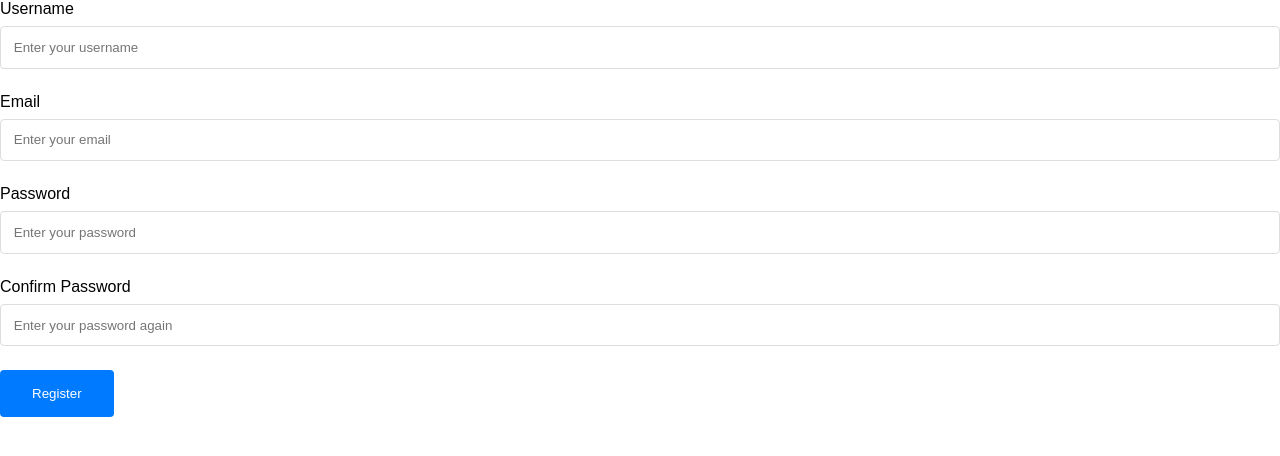
Repository: karicat996/-
Page: /Register
An editor plug-in stored every save of this project. The page is shown before and after the next save, followed by the edit.
The browser window is 1280 px wide. The pictures show the whole page.
The project was rebuilt for these pictures with package versions that can differ from the ones it lists, and the page was loaded fresh each time. Also part of the build but not shown: vite.config.ts, src/pages/Calendar/CalendarPage.tsx, src/pages/Calendar/WishCard.less, src/pages/Calendar/CardList.tsx, src/pages/Calendar/WishCard.tsx, src/pages/Home/HomePage.tsx, src/layouts/Layouts.tsx, src/pages/TestDemo/index.tsx and 2 more.

Above is the page before, as saved 2025-07-31 22:31:21.

### src/main.tsx
import { StrictMode } from 'react'
import { createRoot } from 'react-dom/client'
import './index.css'
import MainRouter from './routes/MainRouter'

createRoot(document.getElementById('root')!).render(

  <StrictMode>
    <MainRouter/>
  </StrictMode>,

)

### src/index.css
html,body{
  height:auto;
  margin: auto;
  padding: 0;
  overflow: hidden
}

### src/routes/MainRouter.tsx
// 主要路由文件
import { BrowserRouter, Route, Routes} from "react-router-dom";
import { Home } from "../pages/Home/HomePage";
import { Layouts }  from "../layouts/Layouts";
import  TestDemo  from "../pages/TestDemo";
import { NotFound } from "../pages/404";
import LoginPaged from './../pages/User/Login';
import { RegisterPage } from './../pages/User/Register';


const MainRouter: React.FC = () => {
  return (
    <BrowserRouter>
    <Routes>
        <Route path="/" element={<Layouts />} />
        <Route path="/index" element={<Home />} />
        <Route path="*" element={<NotFound />} />
        <Route path="/test" element={<TestDemo />} />
        <Route path="/login" element={<LoginPaged />} />
        <Route path="/Register" element={<RegisterPage  />} />
    </Routes>
    </BrowserRouter>
  )
}


export default MainRouter

### src/pages/User/Register.tsx
import {useState } from 'react';
import './Register.less';
import '../../services/authServices';
import { useRegisterServices } from '../../services/authServices';
import { useNavigate } from 'react-router-dom';


interface Registerform {

        username:string;
        password:string;
        email:string;
        confirmPassword:string;
    }








export const RegisterPage: React.FC =()=>{

    const [registerformState,setRegisterformState] = useState<Registerform>({
        username:'',
        password:'',
        email:'',
        confirmPassword:''
    })

    const [errors, setErrors] = useState<Partial<Registerform>>({});
    const { register,isLoading } = useRegisterServices();
    const  navigate = useNavigate();




    const validateForm = (): boolean => {
        const newErrors: Partial<Registerform> = {};
        if (!registerformState.email.includes('@'))  newErrors.email  = 'Invalid email';
        if (registerformState.password.length  < 8) newErrors.password  = 'Password must be at least 8 characters';
        if (registerformState.password  !==registerformState.confirmPassword)  newErrors.confirmPassword  = 'Passwords do not match';

        setErrors(newErrors);
        return Object.keys(newErrors).length  === 0;
      };


    const handleSumbit  = async (e:React.FormEvent) =>{
        e.preventDefault();

        if (!validateForm()){
            console.log('Form validation failed.');
            return;
        }


        try{
            console.log('Submitting form:', registerformState);
            const result = await register(registerformState);
            if (result){
                navigate('/login',{state:{message:'Registration successful'}})
            }else{
                setErrors({ ...errors, username: 'Registration failed. Please check your input.' });
                navigate('/register', { state: { message: 'Registration failed. Please try again.' } });
            }



        }
        catch(error){
            console.error('Registration failed:', error); // 打印错误日志
        setErrors({ ...errors, username: 'Registration failed. Please try again.' }); // 设置错误信息
        navigate('/register', { state: { message: 'Registration failed. Please try again.' } }); // 注册失败后重定向到注册页
        }

    }

    return(<>
    <form onSubmit={handleSumbit} className="register-page">
        <div className="form-group">
            <label htmlFor="username">Username</label>
            <input type="text" id="username"
             placeholder="Enter your username"
              value={registerformState.username}
               onChange={(e)=>setRegisterformState({
                ...registerformState,username:e.target.value})}
                disabled = {isLoading}
                 />
            {errors.username  && <span className="error">{errors.username}</span>}
        </div>
        <div className="form-group">
            <label htmlFor="email">Email</label>
            <input type="text" id="email"
             placeholder="Enter your email"
              value={registerformState.email}
               onChange={(e)=>setRegisterformState({
                ...registerformState,email:e.target.value})}
                disabled = {isLoading}
                 />
            {errors.email  && <span className="error">{errors.email}</span>}
        </div>
        <div className="form-group">
        <label htmlFor="password">Password</label>
            <input type="password" id="password"
             placeholder="Enter your password"
              value={registerformState.password}
               onChange={(e)=>setRegisterformState({
                ...registerformState,password:e.target.value})}
                disabled = {isLoading}
                 />
            {errors.password  && <span className="error">{errors.password}</span>}
        </div>
        <div className="form-group">
            <label htmlFor="confirmPassword">Confirm Password</label>
            <input type="password" id="confirmPassword"
             placeholder="Enter your password again"
              value={registerformState.confirmPassword}
               onChange={(e)=>setRegisterformState({
                ...registerformState,confirmPassword:e.target.value})}
                disabled={isLoading}
            />
            {errors.confirmPassword && <div className="error">{errors.confirmPassword}</div>}
        </div>
        <button type="submit"
         className="register-sumbit"
         disabled={isLoading}
        >{isLoading ? 'Loading...' : 'Register'}</button>
    </form>


    </>)

}



export default RegisterPage;

### src/pages/Home/HomePage.less
*{
    box-sizing: border-box;
    margin:0;
    padding:0;
}

body{
    font-family: Arail, sans-serif;
}

.container {
    width: 100%;
    height: 135vh;
    overflow: hidden;

}

.header-container{
    width: 100%;
    height: 7%;
    margin-bottom: 1%;
    flex-wrap: wrap;
    background-color: #5ece5e;
    color: rgba(255, 255, 255, 0.514);
    padding: 10px 0;
}

.core-container{
    display: flex;
    width: 100%;
    height: 60%;

}


.left-container{
    float: left;
    background-color: white;
    border: 1px solid rgba(128, 128, 128, 0.5);
    border-radius: 10px 10px 10px 10px;
    width: 22%;
    height: 100%;

}

.middle-container{
    display: flex;
    flex-direction: column;
    background-color: white;
    border-radius: 10px 10px 10px 10px;
    border: 1px solid rgba(128, 128, 128, 0.5);
    width: 52%;
    height: 100%;
    margin-left: 1%;
    margin-right: 1%;

}

.middle-on-container {
    flex: 0 0 32%; /* 占据可用空间 */
    background-color: #4625253b;
    border-radius: 10px 10px 0 0;
    width: 100%;
    margin-bottom: 10px;
    margin-bottom: 10px; /* 下方间距 */
    flex-shrink: 1;

}

.middle-under-container {
    display: flex;
    flex-direction: column;
    flex: 1; /* 占据可用空间 */
    width: 100%;
    flex-basis: 250px;
    background-color: white;
    margin-top: 5px;
    margin-bottom: 10px;
    overflow: hidden;
    flex-shrink: 1;
}

.right-container {
    float: right;
    background-color: white;
    border-radius: 10px 10px 10px 10px;
    border: 1px solid rgba(104, 94, 94, 0.5);
    width: 22%;
    height: 100%;

}

.footer-container{
    width: 100%;
    height: 5%;
    flex-wrap: wrap;
    background-color: #767a76;
    color: rgba(255, 255, 255, 0.514);
    padding: 10px 0;
}

### src/layouts/TopNav/TopNav.tsx
import React, {useState} from  "react";
import { AppstoreOutlined, MailOutlined, SettingOutlined } from '@ant-design/icons';
import type { MenuProps } from 'antd';
import { Menu } from 'antd';


type MenuItem = Required<MenuProps>['items'][number];


const items: MenuItem[] = [
    {
      label: 'Navigation One',
      key: 'mail',
      icon: <MailOutlined />,
    },
    {
      label: 'Navigation Two',
      key: 'app',
      icon: <AppstoreOutlined />,
      disabled: true,
    },
    {
      label: 'Navigation Three - Submenu',
      key: 'SubMenu',
      icon: <SettingOutlined />,
      children: [
        {
          type: 'group',
          label: 'Item 1',
          children: [
            { label: 'Option 1', key: 'setting:1' },
            { label: 'Option 2', key: 'setting:2' },
          ],
        },
        {
          type: 'group',
          label: 'Item 2',
          children: [
            { label: 'Option 3', key: 'setting:3' },
            { label: 'Option 4', key: 'setting:4' },
          ],
        },
      ],
    },
    {
      key: 'alipay',
      label: (
        <a href="https://ant.design" target="_blank" rel="noopener noreferrer">
          Navigation Four - Link
        </a>
      ),
    },
  ];
export const TopNav = () => {
    const [current, setCurrent] = useState('mail');

    const onClick: MenuProps['onClick'] = (e) => {
        console.log('click ', e);
        setCurrent(e.key);
      };

    return (
        <Menu onClick={onClick} selectedKeys={[current]} mode="horizontal" items={items} />
    )
}

export default TopNav;

### src/layouts/SideNav/SideNav.tsx
import React, {useState} from "react"
import { AppstoreOutlined,HomeOutlined, SettingOutlined } from '@ant-design/icons';
import type { MenuProps, MenuTheme } from 'antd';
import { Menu, Switch } from 'antd';
import { useNavigate } from 'react-router-dom';



type MenuItem = (Required<MenuProps>['items'][number]& { route?: string });

const items: MenuItem[] = [
  {
    key: 'sub1',
    label: '欢迎来到我的网站',
    icon: <HomeOutlined />,
    children: [
      { key: '1', label: 'Plan', route: '/plan' } as MenuItem//明确指定类型

    ],
  },

];


export const SideNav = () => {

  const [theme, setTheme] = useState<MenuTheme>('dark');
  const [current, setCurrent] = useState('1');
  const navigate = useNavigate();
  const changeTheme = (value: boolean) => {
    setTheme(value ? 'dark' : 'light');
  };

  const onClick: MenuProps['onClick'] = (e) => {
    console.log('click ', e);
    setCurrent(e.key);
  };



  return (
    <>
    <Switch
      checked={theme === 'dark'}
      onChange={changeTheme}
      checkedChildren="Dark"
      unCheckedChildren="Light"
    />
    <br />
    <br />
    <Menu
      theme={theme}
      onClick={onClick}
      style={{ width: 256 }}
      defaultOpenKeys={['sub1']}
      selectedKeys={[current]}
      mode="inline"
      items={items}
    />
  </>
  )
}

export default SideNav;

### src/pages/User/Register.less
.auth-form {
    max-width: 400px;
    margin: 2rem auto;
    padding: 2rem;
    box-shadow: 0 2px 4px rgba(0,0,0,0.1);
  }

  .form-group {
    margin-bottom: 1.5rem;
  }

  .form-group label {
    display: block;
    margin-bottom: 0.5rem;
  }

  .form-group input {
    width: 100%;
    padding: 0.8rem;
    border: 1px solid #ddd;
    border-radius: 4px;
  }

  .error {
    color: #dc3545;
    font-size: 0.875rem;
    margin-top: 0.25rem;
    display: block;
  }

  button[type="submit"] {
    background: #007bff;
    color: white;
    padding: 1rem 2rem;
    border: none;
    border-radius: 4px;
    cursor: pointer;
  }

  button[disabled] {
    opacity: 0.7;
    cursor: not-allowed;
  }

### src/services/authServices.tsx
import {useState} from 'react';




type RegisterPayload = {
    email: string;
    password: string;
    username: string;
    confirmPassword: string;
}



export const useRegisterServices = () => {

    const [isLoading, setIsLoading] = useState(false);
    const register = async (paload: RegisterPayload) => {
        setIsLoading(true);
        try{
            const response = await fetch('http://127.0.0.1:4523/m1/6022892-0-default/user/register', {
                method: 'POST',
                headers: {
                    'Content-Type': 'application/json'
                },
                body: JSON.stringify(paload)
            });
            if (response.status === 200) {
                return { success: true, message: 'Registration successful' };
            } else {
                const errorData = await response.json();
                return { success: false, message: errorData.message || 'Registration failed' };
            }
        }
        catch(error){
            console.log('请求出错',error);
        }
        finally{
            setIsLoading(false);
        }
    }

    return {register, isLoading}

}

Loaded but not shown: index.html (common file)

After the next save:
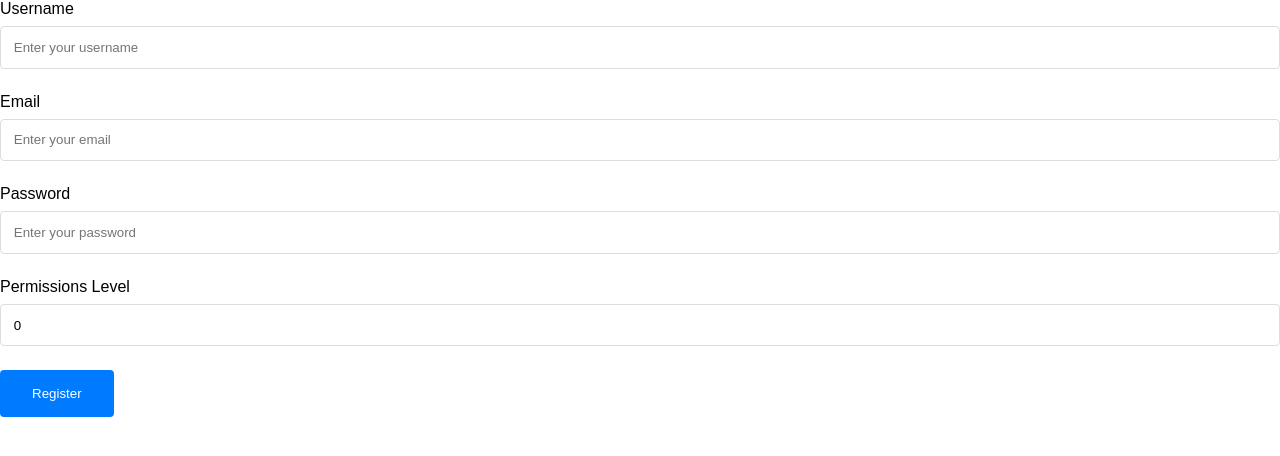
Saved 3 s later.
--- a/src/pages/User/Register.tsx
+++ b/src/pages/User/Register.tsx
@@ -11,6 +11,7 @@ interface Registerform {
         password:string;
         email:string;
         confirmPassword:string;
+        permissions_level: number;
     }
 
 
@@ -27,10 +28,11 @@ export const RegisterPage: React.FC =()=>{
         password:'',
         email:'',
         confirmPassword:''
+        ,permissions_level: 0
     })
 
     const [errors, setErrors] = useState<Partial<Registerform>>({});
-    const { register,isLoading } = useRegisterServices();
+    const {register,isLoading } = useRegisterServices();
     const  navigate = useNavigate();
 
 
@@ -40,7 +42,7 @@ export const RegisterPage: React.FC =()=>{
         const newErrors: Partial<Registerform> = {};
         if (!registerformState.email.includes('@'))  newErrors.email  = 'Invalid email';
         if (registerformState.password.length  < 8) newErrors.password  = 'Password must be at least 8 characters';
-        if (registerformState.password  !==registerformState.confirmPassword)  newErrors.confirmPassword  = 'Passwords do not match';
+        // if (registerformState.password  !==registerformState.confirmPassword)  newErrors.confirmPassword  = 'Passwords do not match';
 
         setErrors(newErrors);
         return Object.keys(newErrors).length  === 0;
@@ -48,7 +50,7 @@ export const RegisterPage: React.FC =()=>{
 
 
     const handleSumbit  = async (e:React.FormEvent) =>{
-        e.preventDefault();
+
 
         if (!validateForm()){
             console.log('Form validation failed.');
@@ -63,7 +65,7 @@ export const RegisterPage: React.FC =()=>{
                 navigate('/login',{state:{message:'Registration successful'}})
             }else{
                 setErrors({ ...errors, username: 'Registration failed. Please check your input.' });
-                navigate('/register', { state: { message: 'Registration failed. Please try again.' } });
+                navigate('/register/', { state: { message: 'Registration failed. Please try again.' } });
             }
 
 
@@ -72,7 +74,7 @@ export const RegisterPage: React.FC =()=>{
         catch(error){
             console.error('Registration failed:', error); // 打印错误日志
         setErrors({ ...errors, username: 'Registration failed. Please try again.' }); // 设置错误信息
-        navigate('/register', { state: { message: 'Registration failed. Please try again.' } }); // 注册失败后重定向到注册页
+        navigate('/register/', { state: { message: 'Registration failed. Please try again.' } }); // 注册失败后重定向到注册页
         }
 
     }
@@ -112,7 +114,7 @@ export const RegisterPage: React.FC =()=>{
                  />
             {errors.password  && <span className="error">{errors.password}</span>}
         </div>
-        <div className="form-group">
+        {/* <div className="form-group">
             <label htmlFor="confirmPassword">Confirm Password</label>
             <input type="password" id="confirmPassword"
              placeholder="Enter your password again"
@@ -122,6 +124,17 @@ export const RegisterPage: React.FC =()=>{
                 disabled={isLoading}
             />
             {errors.confirmPassword && <div className="error">{errors.confirmPassword}</div>}
+        </div> */}
+        <div className="form-group">
+            <label htmlFor="permissions_level">Permissions Level</label>
+            <input type="number" id="permissions_level"
+             placeholder="Enter your permissions level"
+              value={registerformState.permissions_level}
+               onChange={(e)=>setRegisterformState({
+                ...registerformState,permissions_level:Number(e.target.value)})}
+                disabled={isLoading}
+            />
+            {errors.permissions_level && <div className="error">{errors.permissions_level}</div>}
         </div>
         <button type="submit"
          className="register-sumbit"
